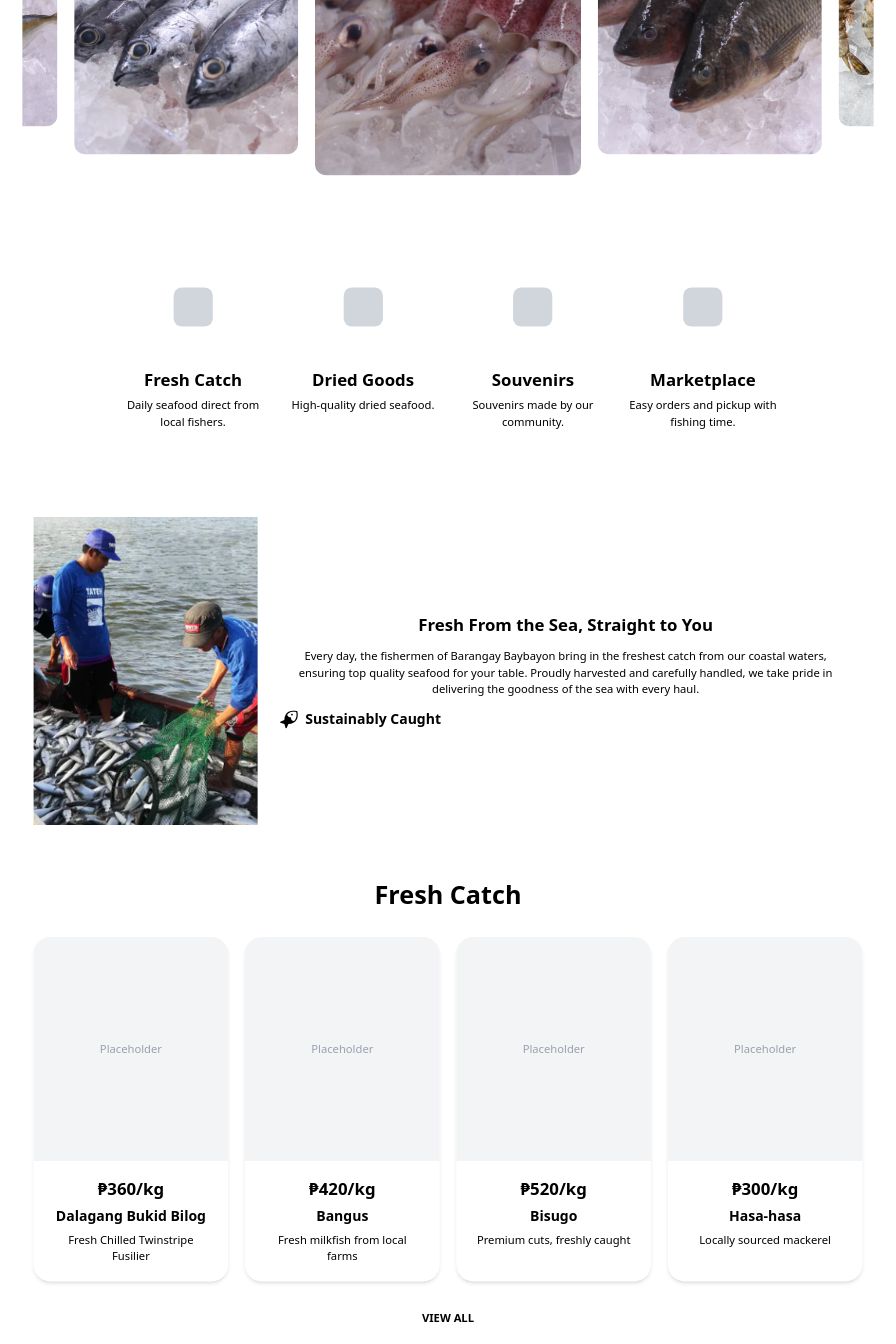
Repository: Coast2Card/coast2cart-frontend
Page: /
An editor plug-in stored every save of this project. The page is shown before and after the next save, followed by the edit.
The browser window is 1280 px wide. The pictures show the part of the page from y = 862 to 2782 px (the page is 2945 px tall), at 70% of full size.
The project was rebuilt for these pictures with package versions that can differ from the ones it lists, and the page was loaded fresh each time. Also part of the build but not shown: vite.config.js, src/pages/Seafood.jsx, src/pages/Souvenirs.jsx, src/pages/About.jsx, src/pages/Cart.jsx, src/pages/Profile.jsx, src/pages/Colors.jsx.

Above is the page before, as saved 2025-09-07 15:44:52.

### index.html
<!DOCTYPE html>
<html lang="en" data-theme="coast2cart">
  <head>
    <meta charset="UTF-8" />
    <!-- <link rel="icon" type="image/svg+xml" href="/vite.svg" /> -->
    <meta name="viewport" content="width=device-width, initial-scale=1.0" />
    <title>Coast2Cart</title>
  </head>
  <body>
    <div id="root"></div>
    <script type="module" src="/src/main.jsx"></script>
  </body>
</html>

### src/App.jsx
import { Routes, Route } from "react-router-dom";
import Layout from "./components/Layout";
import Home from "./pages/Home";
import Seafood from "./pages/Seafood";
import Souvenirs from "./pages/Souvenirs";
import About from "./pages/About";
import Cart from "./pages/Cart";
import Profile from "./pages/Profile";
import Colors from "./pages/Colors";
import "./App.css";

function App() {
  return (
    <Routes>
      {/* Routes with shared layout */}
      <Route path="/" element={<Layout />}>
        <Route index element={<Home />} />
        <Route path="seafood" element={<Seafood />} />
        <Route path="souvenirs" element={<Souvenirs />} />
        <Route path="about" element={<About />} />
        <Route path="cart" element={<Cart />} />
        <Route path="profile" element={<Profile />} />
        <Route path="colors" element={<Colors />} />
      </Route>
    </Routes>
  );
}

export default App;

### src/components/Layout.jsx
import { Outlet } from "react-router-dom";
import Navbar from "./Navbar";

const Layout = () => {
  return (
    <div className="min-h-screen bg-base-200">
      {/* Navigation Header */}
      <Navbar />

      {/* Main Content */}
      <main className=" mx-auto  ">
        <Outlet />
      </main>

      {/* Footer */}
      <footer className="bg-base-100 border-t border-base-300 mt-auto">
        <div className="max-w-7xl mx-auto py-4 px-4 sm:px-6 lg:px-8">
          <p className="text-center text-base-content/70 text-sm">
            © 2024 Coast2Cart. All rights reserved.
          </p>
        </div>
      </footer>
    </div>
  );
};

export default Layout;

### src/pages/Home.jsx
import homeBanner from "../assets/images/home_banner.jpg";
import baybayonLogo from "../assets/logos/c2c_white_transparent.png";
import fish1 from "../assets/images/home_fish1.png";
import fish2 from "../assets/images/home_fish2.png";
import fish3 from "../assets/images/home_fish3.png";
import fish4 from "../assets/images/home_fish4.png";
import fish5 from "../assets/images/home_fish5.png";
import HomeFeatures from "../components/home/HomeFeatures";
import HomeFreshCatch from "../components/home/HomeFreshCatch";
import HomeGallery from "../components/home/HomeGallery";
const Home = () => {
  return (
    <main className="relative overflow-x-hidden">
      {/* Home Banner */}
      <section className="w-full h-[70vh] md:h-185 relative">
        <img
          src={homeBanner}
          alt="Home Banner"
          className="w-full h-full object-cover relative z-4"
          onError={(e) => {
            console.log("Image failed to load:", homeBanner);
            e.target.style.display = "none";
          }}
          onLoad={() => console.log("Image loaded successfully:", homeBanner)}
        />

        <div className="absolute inset-0 bg-black opacity-60 z-10"></div>

        <div className="absolute inset-0 z-20 flex items-start py-20 justify-center">
          <div className="text-center text-white">
            <h1 className="text-xl sm:text-2xl lg:text-3xl font-extrabold font-display mb-[-30px] sm:mb-[-30px] md:mb-[-35px] lg:mb-[-47px]">
              Sea the best of Baybayon, from
            </h1>
            <img
              className="w-6/8 sm:w-5/8 md:4/8 lg:3/8 max-w-270 h-auto mx-auto "
              src={baybayonLogo}
            />
            <button className="mt-[-10px] bg-secondary text-primary uppercase px-6 py-2 rounded-full text-md sm:text-lg font-semibold hover:bg-secondary/90 transition-colors">
              Shop Now
            </button>
          </div>
        </div>
      </section>
      <section className=" relative overflow-hidden w-[140vw] flex items-center justify-center gap-6 mb-25   z-30 -mt-61 sm:-mt-60 left-1/2 -translate-x-1/2">
        <img
          src={fish1}
          alt="Fish 1"
          className="min-w-60 sm:w-65 h-90 object-cover rounded-2xl"
        />
        <img
          src={fish2}
          alt="Fish 2"
          className="min-w-65 h-85 sm:w-80 sm:h-110 object-cover rounded-2xl"
        />
        <img
          src={fish3}
          alt="Fish 3"
          className="min-w-75 h-115 sm:w-95 sm:h-125 object-cover rounded-2xl"
        />
        <img
          src={fish4}
          alt="Fish 4"
          className="min-w-65 h-90 sm:w-80 sm:h-110 object-cover rounded-2xl"
        />
        <img
          src={fish5}
          alt="Fish 5"
          className="min-w-60 sm:w-65 h-90 object-cover rounded-2xl"
        />
      </section>
      <section className="max-w-8xl mx-auto p-4 flex flex-col">
        <HomeFeatures className="mb-25" />
        <HomeGallery />
        <HomeFreshCatch />
      </section>
    </main>
  );
};

export default Home;

### src/components/Navbar.jsx
import { Link, useLocation } from "react-router-dom";
import { useState } from "react";
import { navLinks } from "../data/navigation";
import c2cLogo from "../assets/logos/c2c_transparent.png";
import searchIcon from "../assets/icons/search.png";
import cartIcon from "../assets/icons/cart.png";
import profileIcon from "../assets/icons/profile.png";
import commentIcon from "../assets/icons/comment.png";
const Navbar = () => {
  const location = useLocation();
  const [isMobileMenuOpen, setIsMobileMenuOpen] = useState(false);

  const isActive = (path) => {
    return location.pathname === path;
  };

  const toggleMobileMenu = () => {
    setIsMobileMenuOpen(!isMobileMenuOpen);
  };

  const closeMobileMenu = () => {
    setIsMobileMenuOpen(false);
  };

  return (
    <nav className="bg-base-300 shadow-lg py-2 sticky top-0 z-50">
      <div className="mx-auto px-6 sm:px-6 lg:px-8">
        <div className="flex justify-between h-16">
          <div className="flex items-center">
            <Link to="/" className="flex-shrink-0">
              <img src={c2cLogo} alt="Coast2Cart" className="h-17" />
            </Link>
          </div>

          {/* Desktop Navigation */}
          <div className="hidden md:flex items-center space-x-8">
            {navLinks.map((link) => (
              <Link
                key={link.path}
                to={link.path}
                className={`px-3 py-2 rounded-md text-md font-bold transition-colors ${
                  isActive(link.path)
                    ? " text-accent after:content-[''] after:block after:w-full after:h-0.5 after:bg-accent after:rounded-full"
                    : "text-black hover:text-primary hover:bg-base-200"
                }`}
              >
                {link.label}
              </Link>
            ))}
          </div>

          {/* Desktop Icons - Hidden on mobile */}
          <div className="hidden md:flex items-center gap-4 lg:gap-6">
            <img
              src={searchIcon}
              alt="Search"
              className="h-5 w-5 lg:h-5.5 lg:w-5.5 hover:cursor-pointer hover:opacity-60 transition-opacity duration-300"
            />
            <img
              src={commentIcon}
              alt="Comment"
              className="h-5 w-5 lg:h-5.5 lg:w-5.5 hover:cursor-pointer hover:opacity-60 transition-opacity duration-300"
            />
            <img
              src={cartIcon}
              alt="Cart"
              className="h-5 w-5 lg:h-5.5 lg:w-5.5 hover:cursor-pointer hover:opacity-60 transition-opacity duration-300"
            />
            <img
              src={profileIcon}
              alt="Profile"
              className="h-5 w-5 lg:h-5.5 lg:w-5.5 hover:cursor-pointer hover:opacity-60 transition-opacity duration-300"
            />
          </div>

          {/* Mobile menu button */}
          <div className="md:hidden flex items-center">
            <button
              onClick={toggleMobileMenu}
              className="inline-flex items-center justify-center p-2 rounded-md text-base-content hover:text-primary hover:bg-base-200 focus:outline-none focus:ring-2 focus:ring-inset focus:ring-primary"
              aria-expanded="false"
            >
              <span className="sr-only">Open main menu</span>
              {!isMobileMenuOpen ? (
                <svg
                  className="block h-6 w-6"
                  xmlns="http://www.w3.org/2000/svg"
                  fill="none"
                  viewBox="0 0 24 24"
                  stroke="currentColor"
                  aria-hidden="true"
                >
                  <path
                    strokeLinecap="round"
                    strokeLinejoin="round"
                    strokeWidth="2"
                    d="M4 6h16M4 12h16M4 18h16"
                  />
                </svg>
              ) : (
                <svg
                  className="block h-6 w-6"
                  xmlns="http://www.w3.org/2000/svg"
                  fill="none"
                  viewBox="0 0 24 24"
                  stroke="currentColor"
                  aria-hidden="true"
                >
                  <path
                    strokeLinecap="round"
                    strokeLinejoin="round"
                    strokeWidth="2"
                    d="M6 18L18 6M6 6l12 12"
                  />
                </svg>
              )}
            </button>
          </div>
        </div>
      </div>

      {/* Mobile Navigation Menu */}
      <div className={`md:hidden ${isMobileMenuOpen ? "block" : "hidden"}`}>
        <div className="px-2 pt-2 pb-3 space-y-1 sm:px-3 bg-base-100 border-t border-base-300">
          {navLinks.map((link) => (
            <Link
              key={link.path}
              to={link.path}
              onClick={closeMobileMenu}
              className={`block px-3 py-2 rounded-md text-base font-medium transition-colors ${
                isActive(link.path)
                  ? "bg-primary text-primary-content"
                  : "text-base-content hover:text-primary hover:bg-base-200"
              }`}
            >
              {link.label}
            </Link>
          ))}

          {/* Mobile Icons */}
          <div className="flex items-center justify-center gap-6 pt-4 border-t border-base-300 mt-4">
            <img
              src={searchIcon}
              alt="Search"
              className="h-6 w-6 hover:cursor-pointer hover:opacity-60 transition-opacity duration-300"
            />
            <img
              src={commentIcon}
              alt="Comment"
              className="h-6 w-6 hover:cursor-pointer hover:opacity-60 transition-opacity duration-300"
            />
            <img
              src={cartIcon}
              alt="Cart"
              className="h-6 w-6 hover:cursor-pointer hover:opacity-60 transition-opacity duration-300"
            />
            <img
              src={profileIcon}
              alt="Profile"
              className="h-6 w-6 hover:cursor-pointer hover:opacity-60 transition-opacity duration-300"
            />
          </div>
        </div>
      </div>
    </nav>
  );
};

export default Navbar;

### src/components/home/HomeFeatures.jsx
import cartIcon from "../../assets/icons/cart.png";
import commentIcon from "../../assets/icons/comment.png";
import profileIcon from "../../assets/icons/profile.png";
import searchIcon from "../../assets/icons/search.png";

const features = [
  {
    icon: cartIcon,
    title: "Fresh Catch",
    description: "Daily seafood direct from local fishers.",
  },
  {
    icon: searchIcon,
    title: "Dried Goods",
    description: "High-quality dried seafood.",
  },
  {
    icon: commentIcon,
    title: "Souvenirs",
    description: "Souvenirs made by our community.",
  },
  {
    icon: profileIcon,
    title: "Marketplace",
    description: "Easy orders and pickup with fishing time.",
  },
];

const HomeFeatures = ({ className = "" }) => {
  return (
    <article className={` mx-auto w-full ${className}`}>
      <section className="grid grid-cols-1 sm:grid-cols-2 space-y-6 lg:grid-cols-4 gap-6 sm:w-[95%] lg:w-[90%] xl:w-[80%] mx-auto">
        {features.map((item, index) => (
          <div
            key={index}
            className="flex flex-col items-center justify-start gap-2"
          >
            <div className="bg-accent mb-2 p-11 sm:p-11 flex justify-center items-center rounded-full">
              <div className="bg-gray-300 rounded-xl p-1 h-14 w-14"></div>
            </div>
            <h3 className="text-2xl font-bold text-primary">{item.title}</h3>
            <h3 className="text-md text-center">{item.description}</h3>
          </div>
        ))}
      </section>
    </article>
  );
};

export default HomeFeatures;

### src/components/home/HomeFreshCatch.jsx
const freshCatchItems = [
  {
    id: 1,
    price: "₱360/kg",
    name: "Dalagang Bukid Bilog",
    description: "Fresh Chilled Twinstripe Fusilier",
    image: null,
  },
  {
    id: 2,
    price: "₱420/kg",
    name: "Bangus",
    description: "Fresh milkfish from local farms",
    image: null,
  },
  {
    id: 3,
    price: "₱520/kg",
    name: "Bisugo",
    description: "Premium cuts, freshly caught",
    image: null,
  },
  {
    id: 4,
    price: "₱300/kg",
    name: "Hasa-hasa",
    description: "Locally sourced mackerel",
    image: null,
  },
];

const HomeFreshCatch = ({ className = "" }) => {
  return (
    <div className={`flex flex-col text-center ${className}`}>
      <h1 className="text-4xl font-bold text-accent mb-10">Fresh Catch</h1>
      <section className="grid grid-cols-1 sm:grid-cols-2 xl:grid-cols-4  gap-6 mb-8">
        {freshCatchItems.map((item) => (
          <div
            key={item.id}
            className="flex flex-col shadow-md overflow-hidden rounded-3xl"
          >
            <div className="bg-gray-100 h-80 flex items-center justify-center text-gray-400">
              Placeholder
            </div>
            <div className="bg-white p-6  flex flex-col gap-2 text-center items-center justify-center">
              <h3 className="text-success text-2xl font-bold">{item.price}</h3>
              <h3 className="text-black font-bold text-xl">{item.name}</h3>
              <p className="text-md">{item.description}</p>
            </div>
          </div>
        ))}
      </section>
      <div className="mb-20">
        <button className="bg-secondary text-primary uppercase px-6 py-2 rounded-full text-md font-semibold hover:bg-secondary/90 transition-colors">
          View All
        </button>
      </div>
    </div>
  );
};

export default HomeFreshCatch;

### src/components/home/HomeGallery.jsx
import React from "react";
import homeGallery1 from "../../assets/images/home_gallery1.png";
import FishIcon from "../icons/FishIcon";
const HomeGallery = () => {
  return (
    <div className="w-full flex gap-4 mb-20 ">
      <div className="flex-1 min-w-80 w-full h-110 ">
        <img src={homeGallery1} className="w-full h-full object-cover  " />
      </div>
      <div className=" flex flex-col min-w-20  p-4 gap-4 justify-center">
        <h2 className="font-bold text-2xl text-primary">
          Fresh From the Sea, Straight to You
        </h2>
        <p className="text-md">
          Every day, the fishermen of Barangay Baybayon bring in the freshest
          catch from our coastal waters, ensuring top quality seafood for your
          table. Proudly harvested and carefully handled, we take pride in
          delivering the goodness of the sea with every haul.
        </p>
        <div className="flex gap-2 text-primary">
          <div className="h-7 w-7 font-bold">
            <FishIcon />
          </div>
          <div className="flex flex-col">
            <h3 className="font-bold text-xl">Sustainably Caught</h3>
          </div>
        </div>
      </div>
    </div>
  );
};

export default HomeGallery;

### src/data/navigation.js
// Navigation links data
export const navLinks = [
  { path: "/", label: "Home" },
  { path: "/seafood", label: "Seafood" },
  { path: "/souvenirs", label: "Souvenirs" },
  { path: "/about", label: "About" },
  // { path: "/cart", label: "Cart" },
  // { path: "/profile", label: "Profile" },
  // { path: "/colors", label: "Colors" },
];

### src/components/icons/FishIcon.jsx
import React from "react";

const FishIcon = () => {
  return (
    <div>
      <svg
        xmlns="http://www.w3.org/2000/svg"
        viewBox="0 0 256 256"
        className="text-primary fill-primary"
      >
        <rect width="256" height="256" fill="none" />
        <path d="M168,76a12,12,0,1,1-12-12A12,12,0,0,1,168,76Zm48.72,67.64c-19.37,34.9-55.44,53.76-107.24,56.1l-22,51.41A8,8,0,0,1,80.1,256l-.51,0a8,8,0,0,1-7.19-5.78L57.6,198.39,5.8,183.56a8,8,0,0,1-1-15.05l51.41-22c2.35-51.78,21.21-87.84,56.09-107.22,24.75-13.74,52.74-15.84,71.88-15.18,18.64.64,36,4.27,38.86,6a8,8,0,0,1,2.83,2.83c1.69,2.85,5.33,20.21,6,38.85C232.55,90.89,230.46,118.89,216.72,143.64Zm-4.3-100.07c-14.15-3-64.1-11-100.3,14.75a81.21,81.21,0,0,0-16,15.07,36,36,0,0,0,39.35,38.44,8,8,0,0,1,8.73,8.73,36,36,0,0,0,38.47,39.34,80.81,80.81,0,0,0,15-16C223.42,107.73,215.42,57.74,212.42,43.57Z" />
      </svg>
    </div>
  );
};

export default FishIcon;

Loaded but not shown: src/main.jsx (common file); src/index.css (common file); src/App.css (common file)

After the next save:
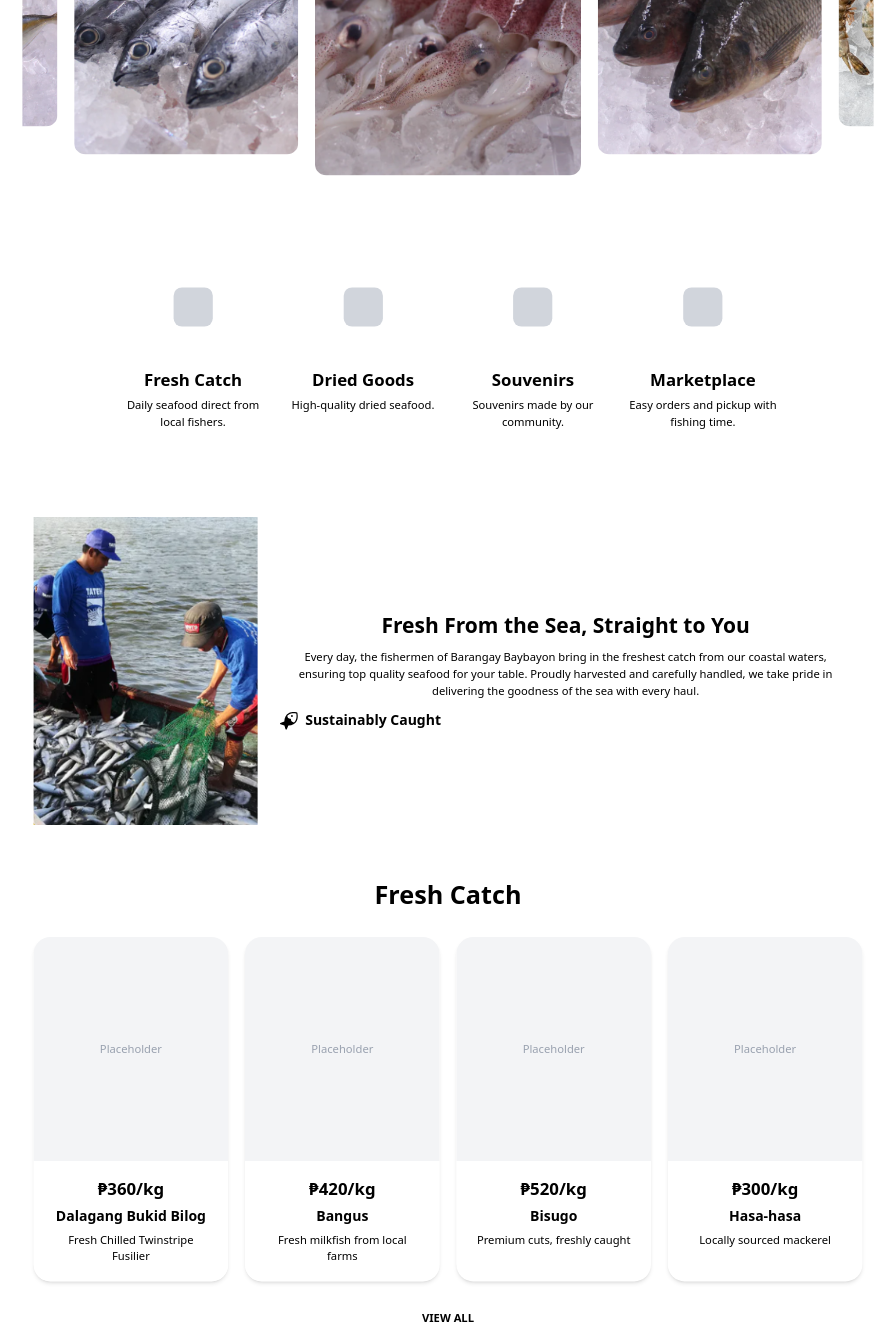
Saved 12 s later.
--- a/src/components/home/HomeGallery.jsx
+++ b/src/components/home/HomeGallery.jsx
@@ -8,7 +8,7 @@ const HomeGallery = () => {
         <img src={homeGallery1} className="w-full h-full object-cover  " />
       </div>
       <div className=" flex flex-col min-w-20  p-4 gap-4 justify-center">
-        <h2 className="font-bold text-2xl text-primary">
+        <h2 className="font-bold text-3xl text-primary">
           Fresh From the Sea, Straight to You
         </h2>
         <p className="text-md">
